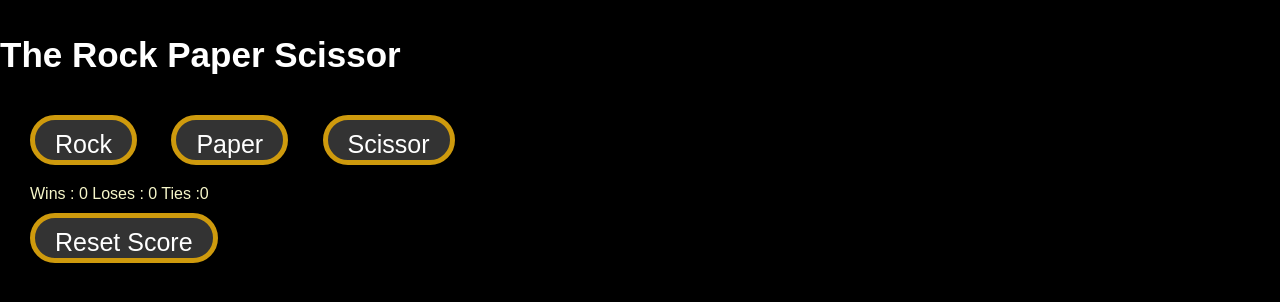
Repository: Drdregboss89/js-practical-projects
Page: index.html
These files come from the project's save history. The page is drawn as it stood at one moment and after the next save; the edit follows.
The browser window is 1280 px wide. The pictures show the whole page.

Above is the page before, as saved 2023-06-27 09:58:39.

After the next save:
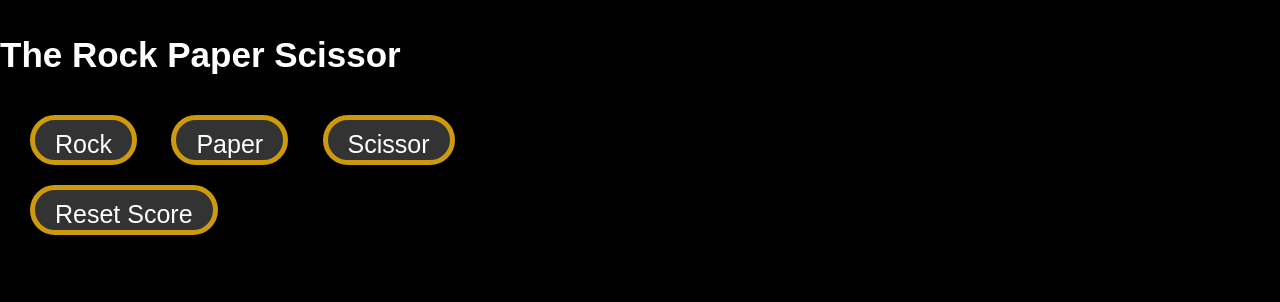
Console error: ReferenceError: Cannot access 'score' before initialization
Saved 4 h 6 min later.
--- a/index.js
+++ b/index.js
@@ -8,7 +8,7 @@
 // } else if ((hour) => 12 && hour < 5) {
 //   console.log("good day");
 // }
-let score = JSON.parse(localStorage.getItem('score')) || {
+let score = JSON.parse(localStorage.getItem(score)) || {
   wins : 0,
   loses : 0,
   ties:0

After the save that followed:
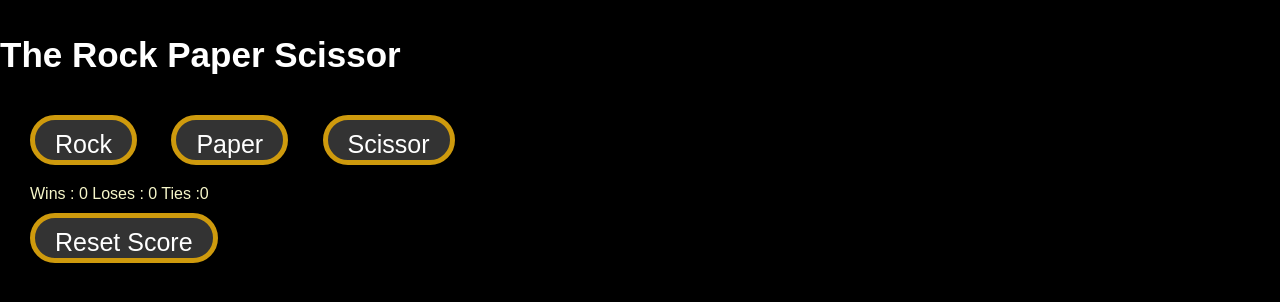
The error is gone.
Saved 2 min 2 s later.
--- a/index.js
+++ b/index.js
@@ -8,7 +8,7 @@
 // } else if ((hour) => 12 && hour < 5) {
 //   console.log("good day");
 // }
-let score = JSON.parse(localStorage.getItem(score)) || {
+let score = JSON.parse(localStorage.getItem('score')) || {
   wins : 0,
   loses : 0,
   ties:0
